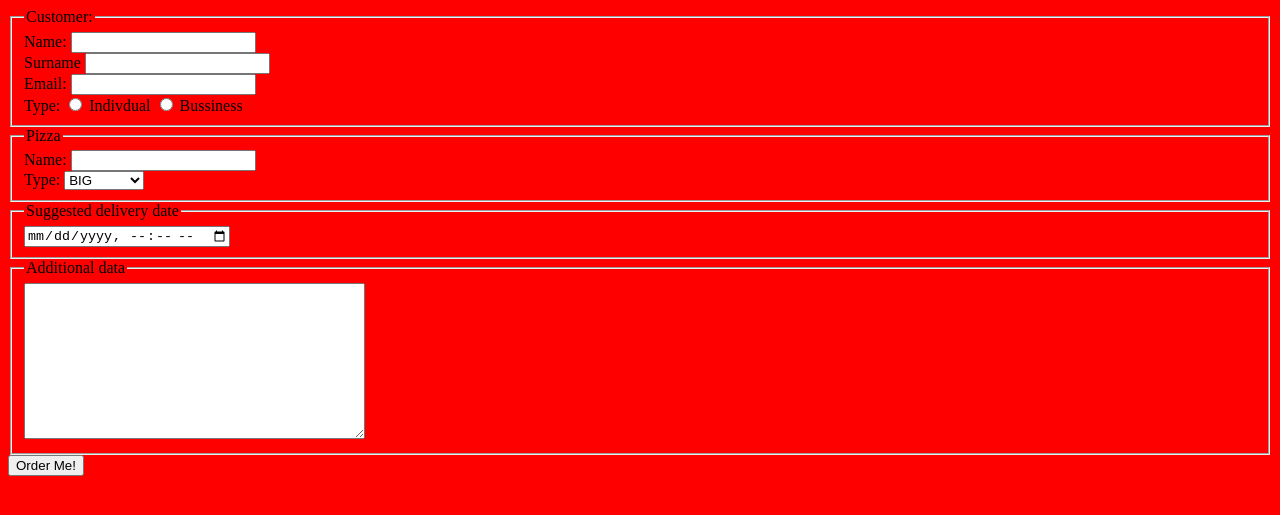
Repository: wisni4k/html-trainee
Page: testWeb/WebContent/Formularz.html
These files come from the project's save history. The page is drawn as it stood at one moment and after the next save; the edit follows.
The browser window is 1280 px wide. The pictures show the whole page.

Above is the page before, as saved 2015-07-10 12:40:02.

### testWeb/WebContent/Formularz.html
<!DOCTYPE html>
<html>
<head>
<meta charset="UTF-8">
<title>Insert title here</title>
<link rel="stylesheet" type="text/css" href="FromularzStyle.css">
</head>
<body>
	<form>
		<fieldset>
			<legend>Customer:</legend>
			Name: <input name ="name" type="text"><br> Surname <input type="text"><br>
			Email: <input name ="email" type="text"><br>
			Type: <input type="radio" name="group1" value="Indivdual"> Indivdual
					<input type="radio" name="group1" value="Bussiness"> Bussiness
		</fieldset>

		<fieldset>
			<legend>Pizza</legend>
			Name: <input name="pizzaName" type="text"><br>
			 Type: <select name="decision">
				<option selected>BIG
				<option>SMALL
				<option>NORMAL
				<option>LARGE
			</select>
		</fieldset>
		<fieldset>
			<legend>Suggested delivery date</legend>
			<form>
				<input type="datetime-local" value="yyyy-mm-dd" />
			</form>
		</fieldset>
		<fieldset>
			<legend>Additional data</legend>
			<textarea name="nazwa" cols="40" rows="10">

			</textarea>
		</fieldset>
	</form>
		<form action="OrdersList.html">
		<input type="submit" value="Order Me!">
	</form>
</body>
</html>

### testWeb/WebContent/FromularzStyle.css
@CHARSET "UTF-8";

body {
    background-color: red;
}

After the next save:
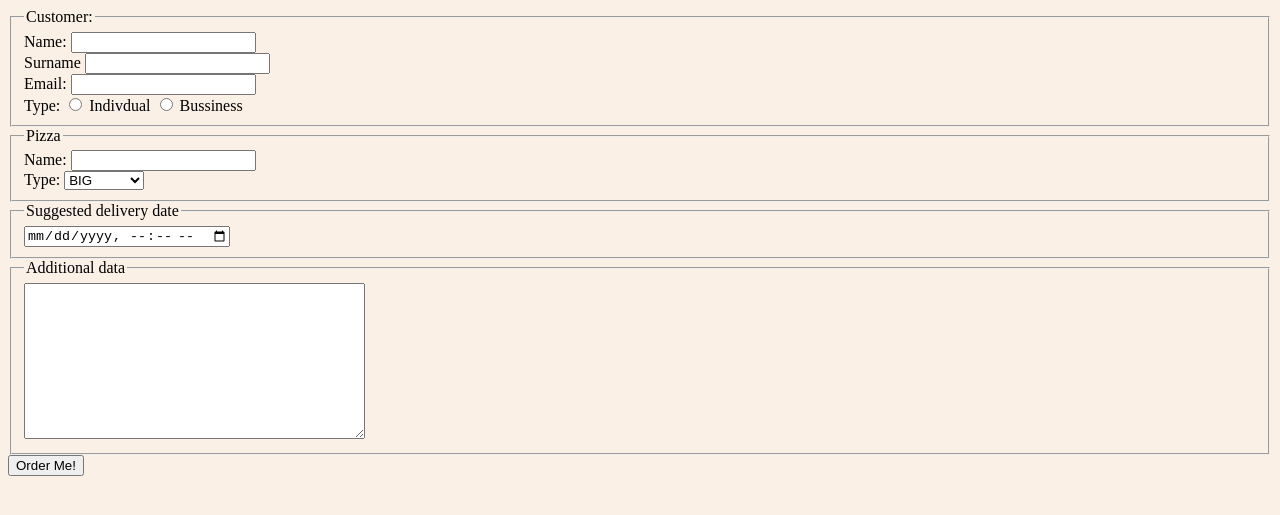
Saved 17 s later.
--- a/testWeb/WebContent/FromularzStyle.css
+++ b/testWeb/WebContent/FromularzStyle.css
@@ -1,5 +1,5 @@
 @CHARSET "UTF-8";
 
 body {
-    background-color: red;
+    background-color: linen;
 }
